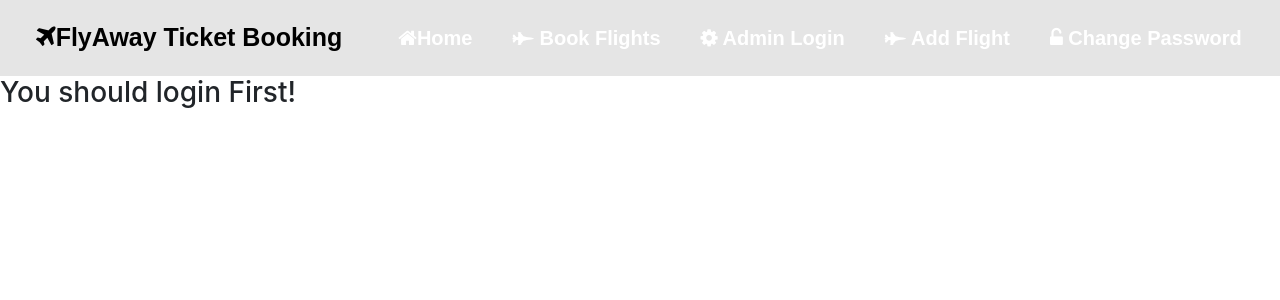
Repository: sayrabano/Phase2-project
Page: http://localhost/FlyAway/adminDashboard.jsp
An editor plug-in stored every save of this project. The page is shown before and after the next save, followed by the edit.
The browser window is 1280 px wide. The pictures show the whole page.
Some web fonts or font styles are not loaded; a fallback is used. The page is served by Tomcat 9.

Above is the page before, as saved 2021-09-25 22:45:45.

After the next save:
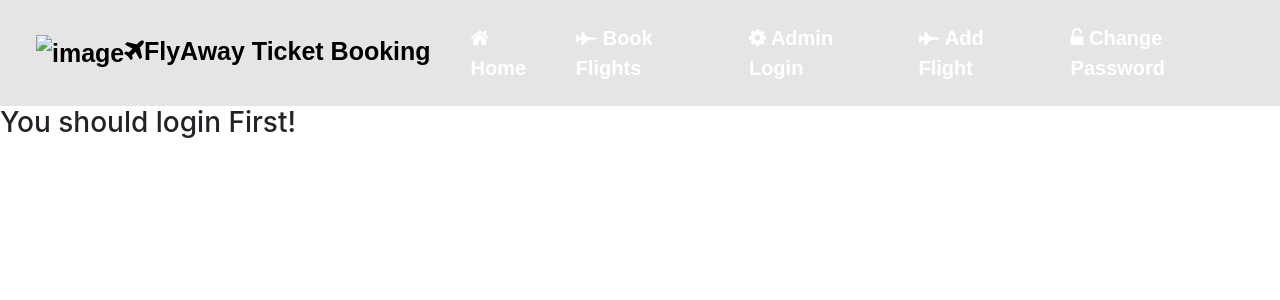
Not found: FlyAway/FlyAway/Image/travle.png
Saved 14 h 7 min later.
--- a/FlyAway/src/main/webapp/adminDashboard.jsp
+++ b/FlyAway/src/main/webapp/adminDashboard.jsp
@@ -39,7 +39,7 @@ ResultSet resultSet = null;
 
 
 
-		<a class="navbar-brand" id="tag"><i class="fa fa-plane"
+		<a class="navbar-brand" id="tag"><img src="Image/travle.png" class="img-fluid" alt="image" width="18%"><i class="fa fa-plane"
 			aria-hidden="true"></i>FlyAway Ticket Booking</a>
 
 
